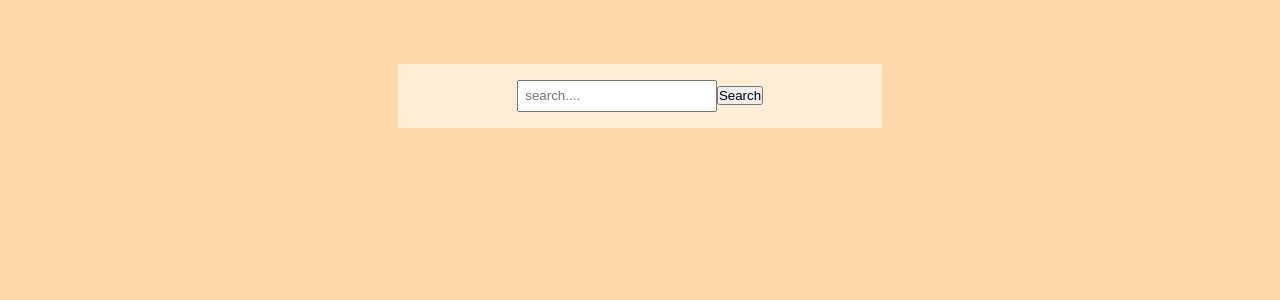
Repository: sandipkarmokar/recipeApp
Page: /
These files come from the project's save history. The page is drawn as it stood at one moment and after the next save; the edit follows.
The browser window is 1280 px wide. The pictures show the whole page.
The project was rebuilt for these pictures with package versions that can differ from the ones it lists, and the page was loaded fresh each time.

Above is the page before, as saved 2022-04-15 16:50:29.

After the next save:
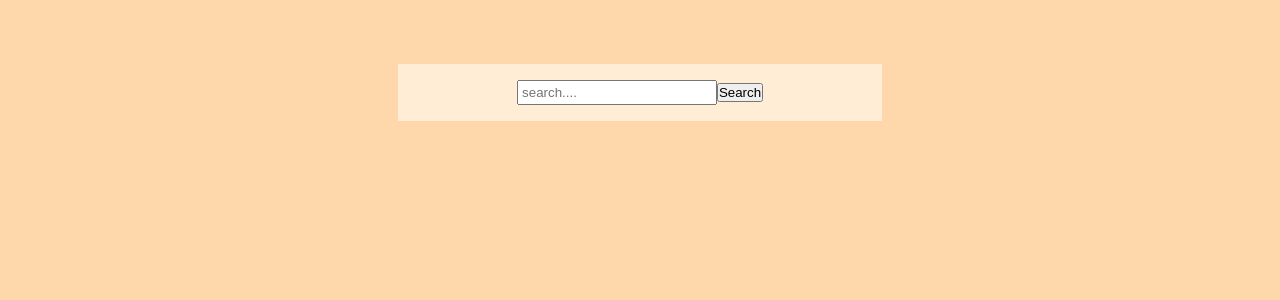
Saved 4 s later.
--- a/src/App.css
+++ b/src/App.css
@@ -33,5 +33,5 @@
 .app .app-container .searchBar .searchBar-container .search input {
     display: flex;
     width: 200px;
-    padding: 0.4rem;
+    padding: 0.2rem;
 }
